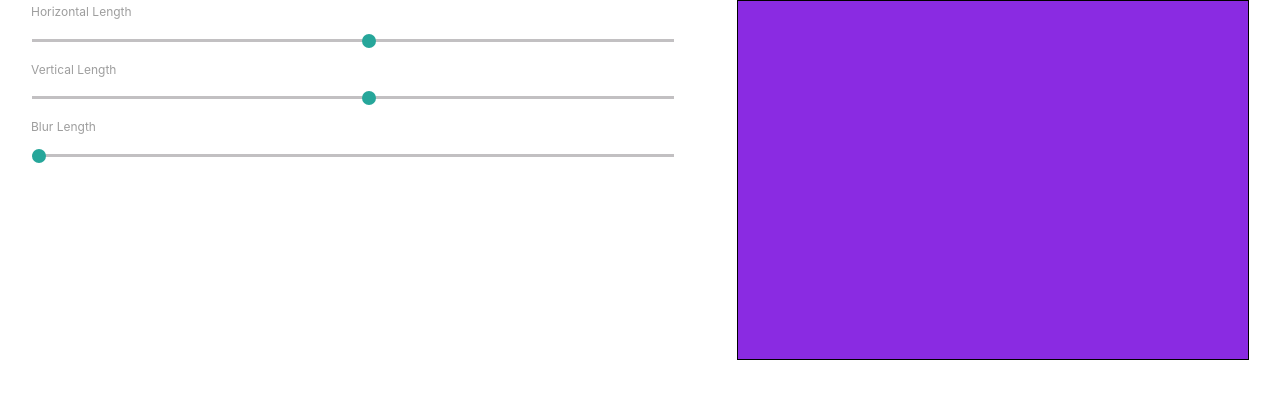
Repository: imrvj/Box-Shadow
Page: /
An editor plug-in stored every save of this project. The page is shown before and after the next save, followed by the edit.
The browser window is 1280 px wide. The pictures show the whole page.
The project was rebuilt for these pictures with package versions that can differ from the ones it lists, and the page was loaded fresh each time.

Above is the page before, as saved 2020-02-19 23:22:15.

After the next save:
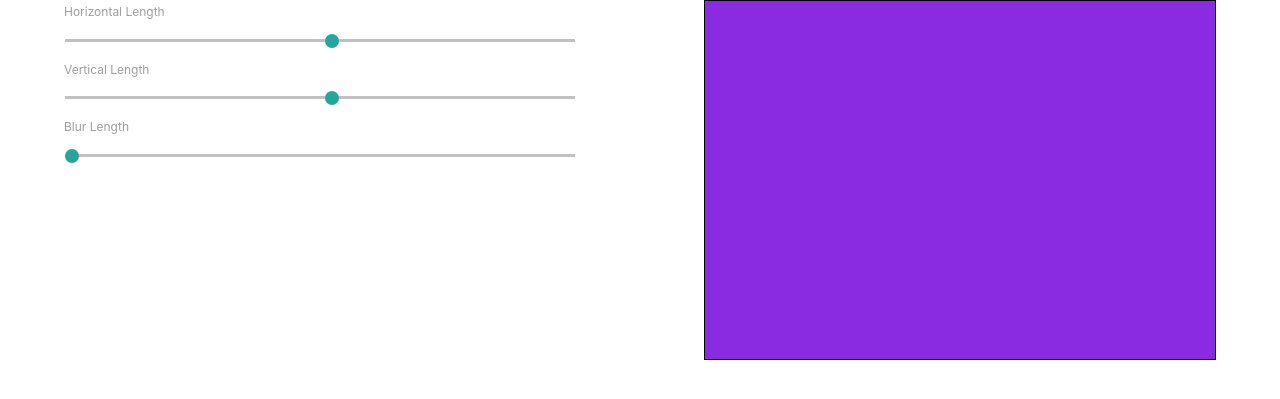
Saved 44 s later.
--- a/src/App.css
+++ b/src/App.css
@@ -12,3 +12,9 @@
     background-color: blueviolet;
     color:white;
 }
+
+.controls
+{
+    width: 40vw;
+    height: 50vh;
+}
